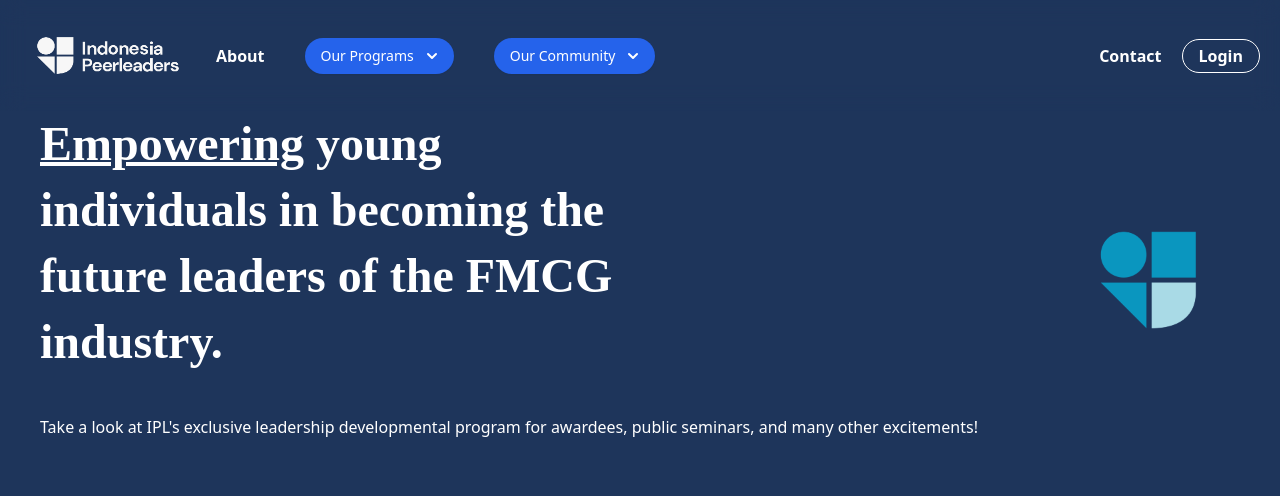
Repository: Delos-343/IPL-Website-Dev
Page: /
An editor plug-in stored every save of this project. The page is shown before and after the next save, followed by the edit.
The browser window is 1280 px wide. The pictures show the whole page.
The project was rebuilt for these pictures with package versions that can differ from the ones it lists, and the page was loaded fresh each time. The framework's server and built-in components were replaced by stand-ins that run in the browser. Also part of the build but not shown: next.config.js.

Above is the page before, as saved 2022-04-25 17:27:28.

After the next save:
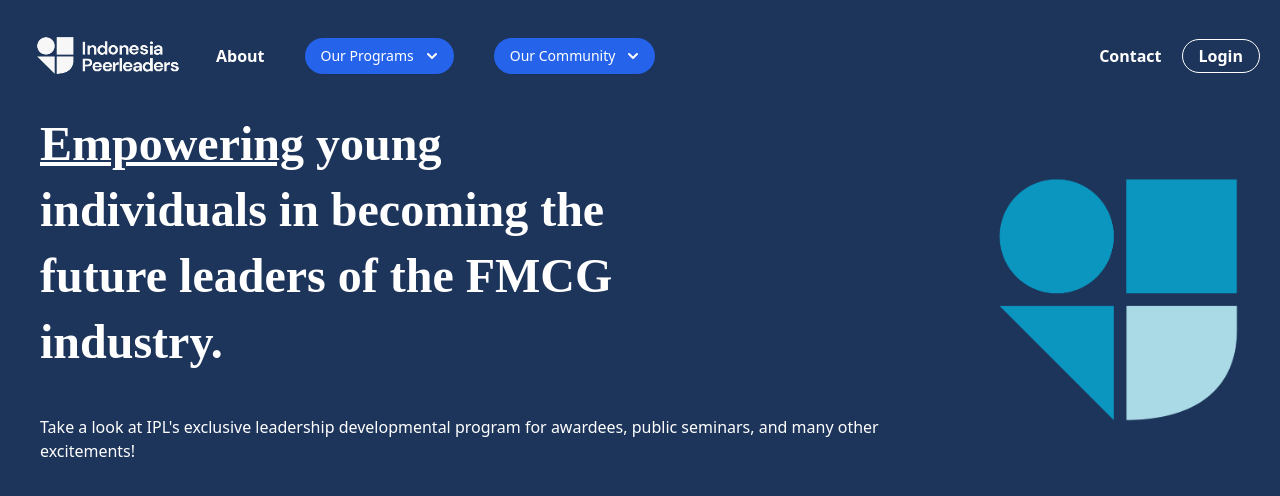
Saved 2 min 47 s later.
--- a/components/Hero.tsx
+++ b/components/Hero.tsx
@@ -17,7 +17,7 @@
         </div>
 
         <img
-            className='hidden md:inline-flex h-32 lg:h-50'
+            className='hidden md:inline-flex h-32 lg:h-80'
             src='./logo-title.png'
             alt='logo'
         />
